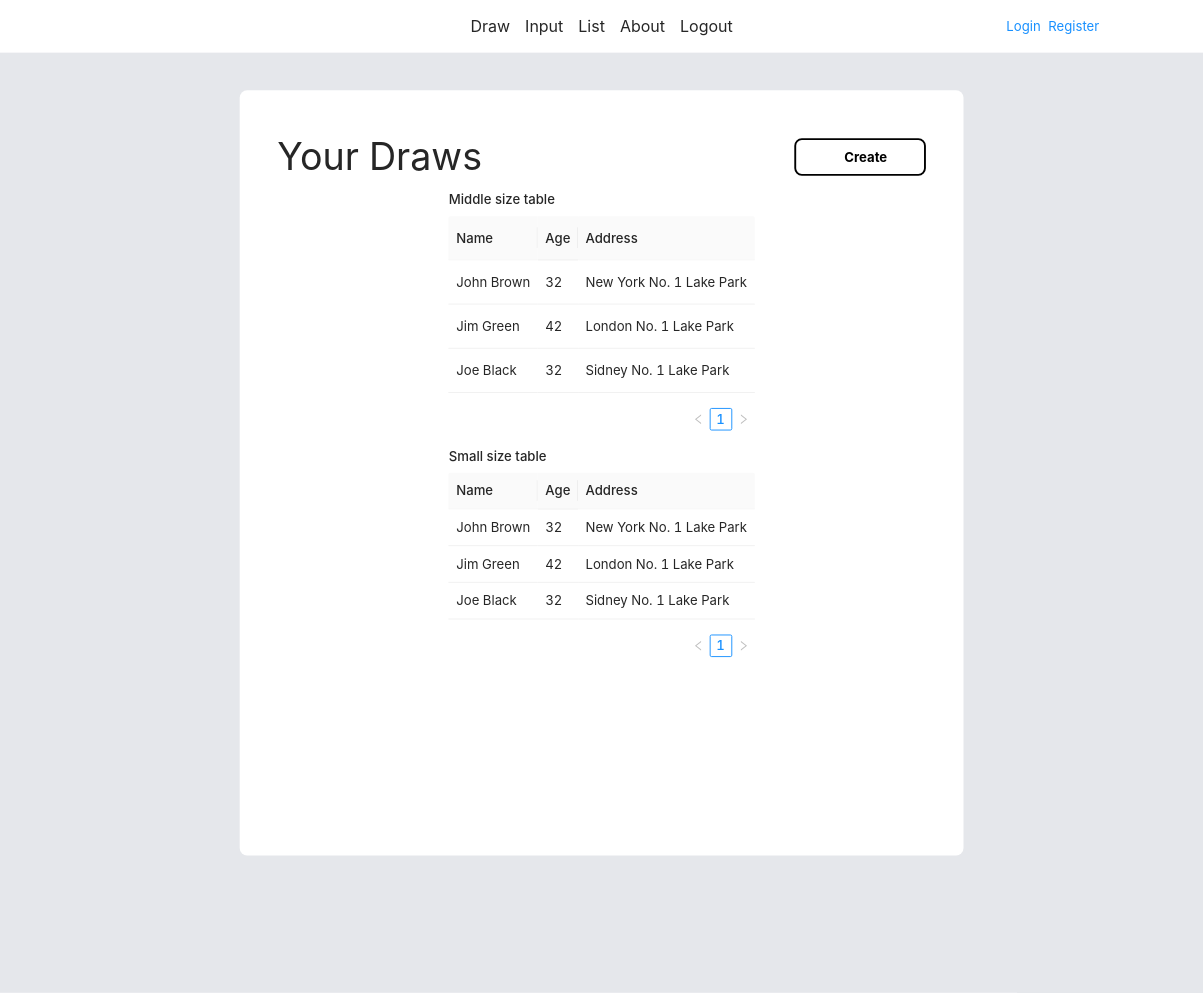
Repository: truongnguyenuit/DrawApp
Page: /draw/list (app in client/)
The author's editor kept a copy of each file at every save. The page is drawn from the files as they stood at one save, then again after the next save.
The browser window is 1280 px wide. The pictures show the whole page, at 94% of full size.
The page's requests for data from a server got no answer. The project was rebuilt for these pictures with package versions that can differ from the ones it lists, and the page was loaded fresh each time. The framework's server and built-in components were replaced by stand-ins that run in the browser. No one was signed in, and anything a server would have sent is missing. Also part of the build but not shown: client/next.config.js.

Above is the page before, as saved 2022-08-20 16:46:32.

### client/pages/_app.js
import '../styles/globals.css'
import 'antd/dist/antd.css'
import Layout from '../components/Layout'
import AuthContextProvider from '../contexts/authContext'
import DrawContextProvider from '../contexts/drawContext'

function MyApp({ Component, pageProps }) {
  return (
    <DrawContextProvider>
      <AuthContextProvider>
        <Layout>
          <Component {...pageProps} />
        </Layout>
      </AuthContextProvider>
    </DrawContextProvider>
  )
}

export default MyApp

### client/pages/draw/list.js
import React from 'react'
import { Table } from "antd"

const columns = [
  {
    title: 'Name',
    dataIndex: 'name',
  },
  {
    title: 'Age',
    dataIndex: 'age',
  },
  {
    title: 'Address',
    dataIndex: 'address',
  },
];
const data = [
  {
    key: '1',
    name: 'John Brown',
    age: 32,
    address: 'New York No. 1 Lake Park',
  },
  {
    key: '2',
    name: 'Jim Green',
    age: 42,
    address: 'London No. 1 Lake Park',
  },
  {
    key: '3',
    name: 'Joe Black',
    age: 32,
    address: 'Sidney No. 1 Lake Park',
  },
];


const list = () => {
  return (
    <div className='flex justify-center bg-gray-200 h-[1000px]'>
      <div className="bg-white w-[770px] h-[814px] mt-[40px] flex flex-col items-center gap-0.5  p-10 rounded-lg">
        <div className='flex justify-between items-center w-full'>
          <span className="text-[40px] font-normal">Your Draws</span>
          <button className='bg-white font-bold w-[140px] h-[40px] text-black rounded-[8px] border-2 border-black'>
            <i className="fa-solid fa-file mr-3"></i>
            Create
          </button>
        </div>
        <div>
          <h4>Middle size table</h4>
          <Table columns={columns} dataSource={data} size="middle" />
          <h4>Small size table</h4>
          <Table columns={columns} dataSource={data} size="small" />
        </div>
      </div>


    </div>
  )
}

export default list

### client/components/Layout.js
import Head from 'next/head'
import NavbarMenu from './NavbarMenu'

const Layout = ({ children }) => (

	<div>
		<Head>
			<meta charset='UTF-8' />
			<meta http-equiv='X-UA-Compatible' content='IE=edge' />
			<meta name='viewport' content='width=device-width, initial-scale=1.0' />
			<title>Draw App</title>
      <script src="https://kit.fontawesome.com/cd2089affa.js" crossorigin="anonymous"></script>
		</Head>

		<header>
			<NavbarMenu />
		</header>

		<main>{children}</main>
	</div>
)

export default Layout

### client/contexts/authContext.js
import { createContext, useReducer, useEffect } from "react";
import setAuthToken from "../untils/setAuthToken";
import axios from 'axios'

export const AuthContext = createContext()

const authReducer = (state, action) => {

  const { type, payload: { isAuthenticated, user} } = action

  switch (type) {
    case 'SET_AUTH':
    {
      return {
        ...state,
        authLoading: false,
        isAuthenticated: isAuthenticated,
        user: user
      }
    }
    default:
    {
      return state
    }
  }
}

const AuthContextProvider = ({ children }) => {

  const [authState, dispatch] = useReducer(authReducer, {
    authLoading: true,
    isAuthenticated: false,
    user: null
  })

  useEffect(() => {
    loadUser()
    console.log(authState.isAuthenticated)
  }, [authState.isAuthenticated])

  //Authentication
  const loadUser = async () => {

    if (localStorage['LocalStorageTokenName']) {
      setAuthToken(localStorage['LocalStorageTokenName'])
      try {
        const response = await axios.get(`http://localhost:5000/api/auth`)
        if (response.data.success) {

          dispatch({
            type: 'SET_AUTH',
            payload: { isAuthenticated: true, user: response.data.user }
          })
        }
      } catch (error) {
        localStorage.removeItem('LocalStorageTokenName')
        setAuthToken(null)
        dispatch({
          type: 'SET_AUTH',
          payload: { isAuthenticated: false, user: null }
        })
      }
    }
    else {
      dispatch({
        type: 'SET_AUTH',
        payload: { isAuthenticated: false, user: null }
      })
    }
  }

  // Login
  const loginUser = async userForm => {
    try {

      const response = await axios.post(`http://localhost:5000/api/auth/login`, userForm)
      if (response.data.success)
        localStorage.setItem('LocalStorageTokenName', response.data.accessToken)

      await loadUser()
      return response.data

    } catch (error) {
      if (error.response.data) return error.response.data
      else return { success: false, message: error.message }
    }
  }

  // Register
  const registerUser = async userForm => {
    try {

      const response = await axios.post(`http://localhost:5000/api/auth/register`, userForm)
      if (response.data.success)
        localStorage.setItem('LocalStorageTokenName', response.data.accessToken)

      await loadUser()
      return response.data

    } catch (error) {
      if (error.response.data) return error.response.data
      else return { success: false, message: error.message }
    }
  }

  // Context data
  const authContextData = { authState, loginUser, registerUser}

  // Return provider
  return (
    <AuthContext.Provider value={authContextData}>
      {children}
    </AuthContext.Provider>
  )
}
export default AuthContextProvider

### client/contexts/drawContext.js
import { createContext, useReducer, useEffect } from 'react'

import axios from 'axios'

export const DrawContext = createContext()

export const drawReducer = (state, action) => {

  const { type, payload } = action

  switch (type) {
    case 'POSTS_LOADED_SUCCESS':
      return {
        ...state,
        posts: payload,
        postsLoading: false,
      }
    case 'ADD_BLOG':
      return {
        ...state,
        posts: [...state.posts, payload]
      }
    case 'UPDATE_POST':
      const newPosts = state.posts.map(post =>
        post._id === payload._id ? payload : post
      )
      return {
        ...state,
        posts: newPosts
      }

    default:
      return state

  }
}

const DrawContextProvider = ({ children }) => {
  // State
  const [drawState, dispatch] = useReducer(drawReducer, {
    post: null,
    posts: [],
    postsLoading: true
  })

  useEffect(() => {
    getDraws()
  }, [drawState.postsLoading])


  // Get user posts
  const getDraws = async () => {
    try {
      const response = await axios.get(`http://localhost:5000/api/posts`)
      if (response.data.success) {

        dispatch({
          type: 'POSTS_LOADED_SUCCESS',
          payload: response.data.posts
        })
      }
    } catch (error) {
      dispatch({ type: 'POSTS_LOADED_FAIL' })
    }
  }

  // Add post
  const addDraw = async newBlog => {
    try {
      const response = await axios.post(`http://localhost:5000/api/posts`, newBlog)
      if (response.data.success) {
        dispatch({
          type: 'ADD_POST',
          payload: { post: response.data.post }
        })
        return response.data
      }
    } catch (error) {
      return error.response.data
        ? error.response.data
        : { success: false, message: 'Server error' }
    }
  }

  // Update post
  const updateDraw = async updatedPost => {
    try {
      const response = await axios.put(
        `http://localhost:5000/api/posts/${updatedPost._id}`,
        updatedPost
      )
      if (response.data.success) {
        dispatch({ type: 'UPDATE_POST', payload: response.data.post })
        return response.data.message
      }
    } catch (error) {
      return error.response.data
        ? error.response.data
        : { success: false, message: 'Server error' }
    }
  }

  // Post context data
  const drawContextData = {
    drawState,
    addDraw,
    getDraws,
    updateDraw,

  }

  return (
    <DrawContext.Provider value={drawContextData}>
      {children}
    </DrawContext.Provider>
  )
}

export default DrawContextProvider

### client/components/NavbarMenu.js

import Link from 'next/link'
import { Row, Col } from "antd"

const NavigateRouter = [
  {
    path: '/draw/draw',
    name: "Draw",
  },
  {
    path: '/draw/input',
    name: "Input",
  },
  {
    path: '/draw/list',
    name: "List"
  },
  {
    path: '',
    name: "About"
  },
  {
    path: '',
    name: "Logout",
  }
];

const NavbarMenu = () => {
  return (
    <div className="bg-white">
      <Row >

        <Col span={6} className="h-14">
          <div className="flex justify-center items-center text-[20px] gap-2 h-14">
            <i className="fa-brands fa-facebook-square cursor-pointer"></i>
            <i className="fa-brands fa-twitter-square cursor-pointer"></i>
            <i className="fa-brands fa-instagram-square cursor-pointer"></i>
            <i className="fa-brands fa-pinterest-square cursor-pointer"></i>

          </div>
        </Col>

        <Col span={12} className="h-14">
          <nav>
            <ul className="flex justify-center items-center text-[17px] gap-4 h-14">
              {NavigateRouter.map((item, index) => {
                return (
                  <li key={index}>
                    <Link href={item.path} passHref>
                      <span className='cursor-pointer'>
                        {item.name}
                      </span>
                    </Link>
                  </li>
                );

              })}
            </ul>
          </nav>
        </Col>

        <Col span={6} className="h-14">
          <div className="flex justify-center items-center gap-2 h-14">
            <Link href={"/auth/login"}>
              Login
            </Link>
            <Link href={'/auth/register'}>
              Register
            </Link>
          </div>
        </Col>

      </Row>
    </div>
  )
}

export default NavbarMenu

### client/untils/setAuthToken.js
import axios from "axios";

const setAuthToken = token => {
  if (token) {
    axios.defaults.headers.common['Authorization'] = `Bearer ${token}`
  } else {
    delete axios.defaults.headers.common['Authorization']
  }
}

export default setAuthToken

Loaded but not shown: client/styles/globals.css (common file); client/tailwind.config.js (common file)

After the next save:
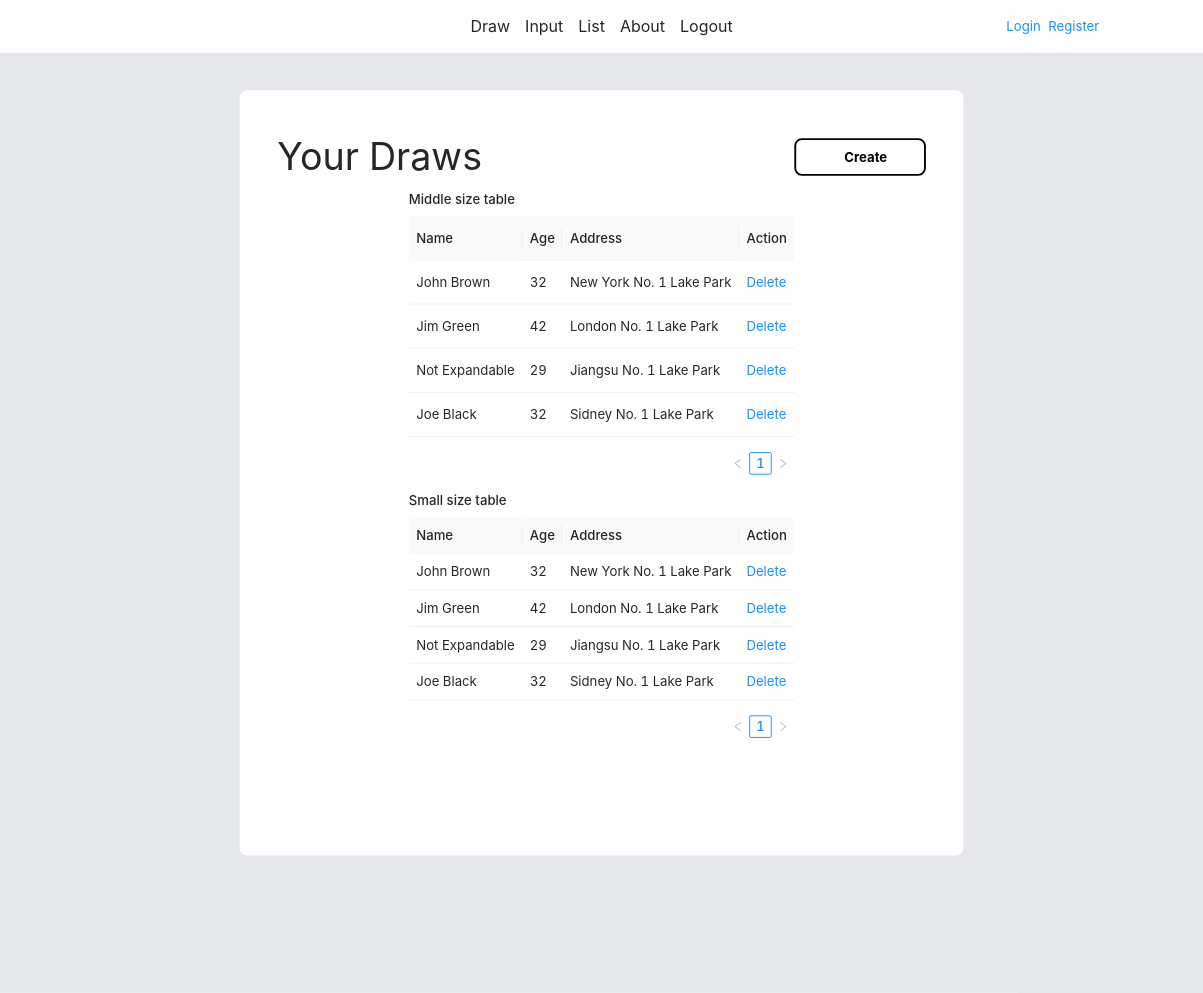
Saved 92 s later.
--- a/client/pages/draw/list.js
+++ b/client/pages/draw/list.js
@@ -5,36 +5,56 @@ const columns = [
   {
     title: 'Name',
     dataIndex: 'name',
+    key: 'name',
   },
   {
     title: 'Age',
     dataIndex: 'age',
+    key: 'age',
   },
   {
     title: 'Address',
     dataIndex: 'address',
+    key: 'address',
+  },
+  {
+    title: 'Action',
+    dataIndex: '',
+    key: 'x',
+    render: () => <a>Delete</a>,
   },
 ];
 const data = [
   {
-    key: '1',
+    key: 1,
     name: 'John Brown',
     age: 32,
     address: 'New York No. 1 Lake Park',
+    description: 'My name is John Brown, I am 32 years old, living in New York No. 1 Lake Park.',
   },
   {
-    key: '2',
+    key: 2,
     name: 'Jim Green',
     age: 42,
     address: 'London No. 1 Lake Park',
+    description: 'My name is Jim Green, I am 42 years old, living in London No. 1 Lake Park.',
   },
   {
-    key: '3',
+    key: 3,
+    name: 'Not Expandable',
+    age: 29,
+    address: 'Jiangsu No. 1 Lake Park',
+    description: 'This not expandable',
+  },
+  {
+    key: 4,
     name: 'Joe Black',
     age: 32,
     address: 'Sidney No. 1 Lake Park',
+    description: 'My name is Joe Black, I am 32 years old, living in Sidney No. 1 Lake Park.',
   },
 ];
+
 
 
 const list = () => {
